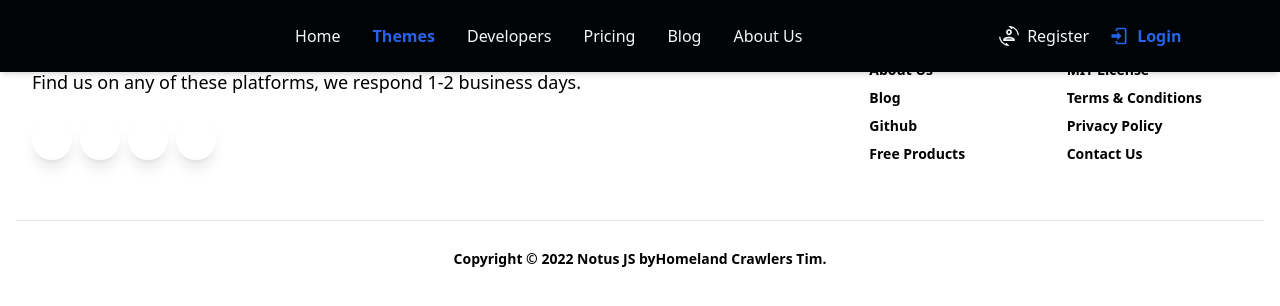
Repository: ghrabla/SVG-Statistics-React-Nest-Typescript
Page: / (app in client/)
An editor plug-in stored every save of this project. The page is shown before and after the next save, followed by the edit.
The browser window is 1280 px wide. The pictures show the whole page.
The project was rebuilt for these pictures with package versions that can differ from the ones it lists, and the page was loaded fresh each time. Also part of the build but not shown: client/src/Admin/LoginAdmin.js, client/src/users/LoginUser.js, client/src/users/Register.js.

Above is the page before, as saved 2022-12-01 11:22:27.

After the next save:
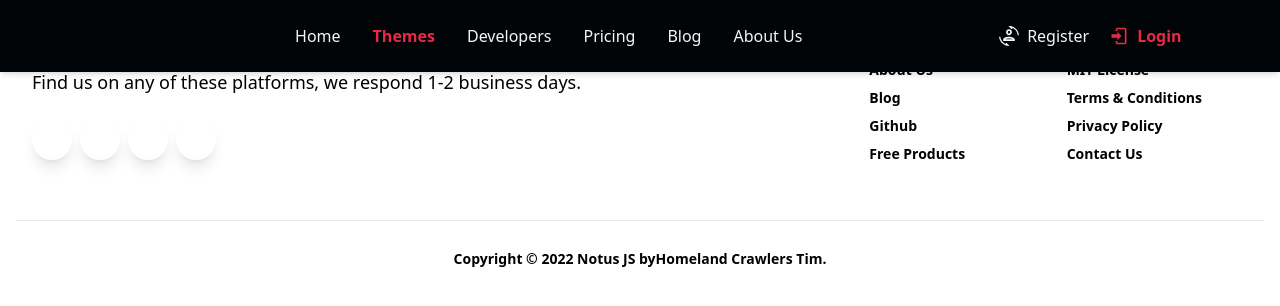
Saved 25 s later.
--- a/client/src/components/NavBar.js
+++ b/client/src/components/NavBar.js
@@ -22,7 +22,7 @@ fixed top-0 left-0 right-0 z-10">
 
     <a class="flex text-[#F5F7F7]
         cursor-pointer transition-colors duration-300
-        font-semibold text-blue-600">
+        font-semibold text-[#ea2845]">
         Themes
     </a>
 
@@ -61,7 +61,7 @@ fixed top-0 left-0 right-0 z-10">
     </a>
     <a href="/LoginUser" class="flex text-[#F5F7F7]
         cursor-pointer transition-colors duration-300
-        font-semibold text-blue-600">
+        font-semibold text-[#ea2845]">
 
         <svg class="fill-current h-5 w-5 mr-2 mt-0.5"  version="1.1" width="24" height="24"
             viewBox="0 0 24 24" >
